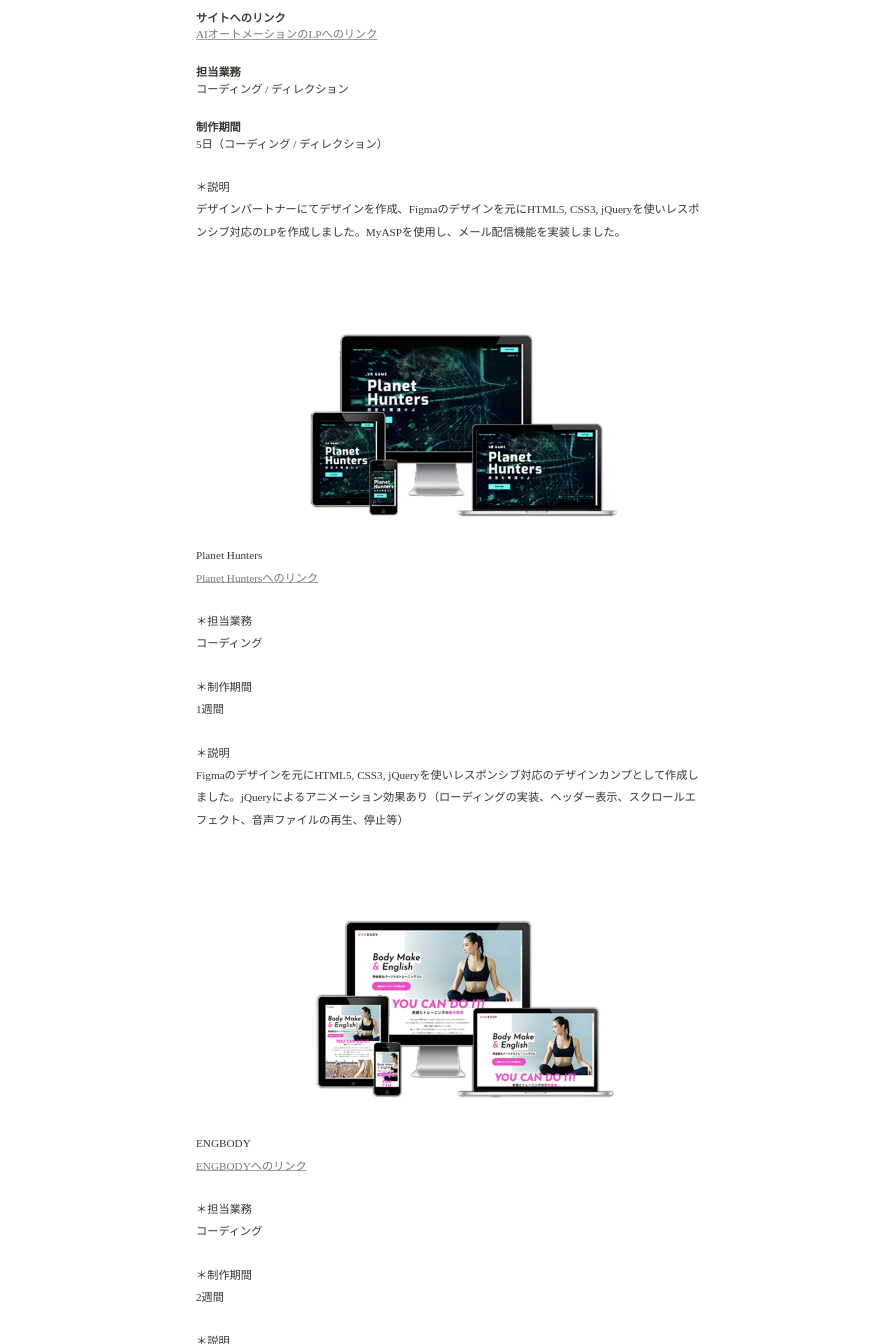
Repository: tetishi/my-portfolio
Page: index.html
An editor plug-in stored every save of this project. The page is shown before and after a run of saves, followed by the edit.
The browser window is 1280 px wide. The pictures show the part of the page from y = 3214 to 5134 px (the page is 11311 px tall before and 11295 px after), at 70% of full size.
The style sheet was rebuilt from its Sass, Less or Tailwind sources for each picture, by a compiler version that may differ from the author's.

Above is the page before, as saved 2024-05-19 15:39:34.

After the next 3 saves:
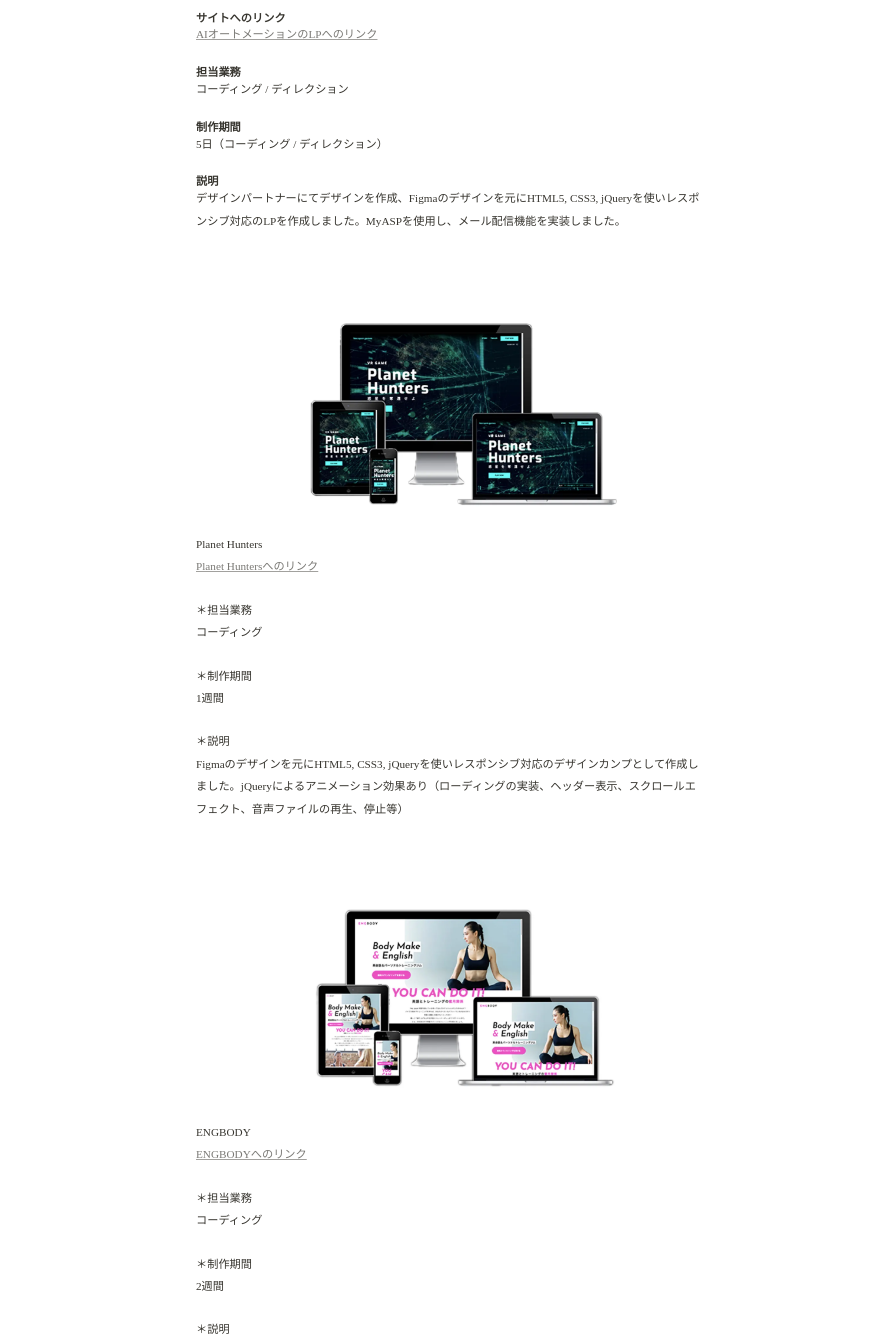
The 3 saves are shown as one change because they came seconds apart.
The last was saved 8 s later.
--- a/index.html
+++ b/index.html
@@ -185,7 +185,7 @@
                 <!-- <p>11日（6日デザイン、5日コーディング）</p> -->
                 <p>5日（コーディング / ディレクション）</p>
 
-                <p class="details">＊説明</p>
+                <h3 class="details">説明</h3>
                 <!-- ここ記入 -->
                 <p>デザインパートナーにてデザインを作成、Figmaのデザインを元にHTML5, CSS3, jQueryを使いレスポンシブ対応のLPを作成しました。MyASPを使用し、メール配信機能を実装しました。</p>
             </div>
